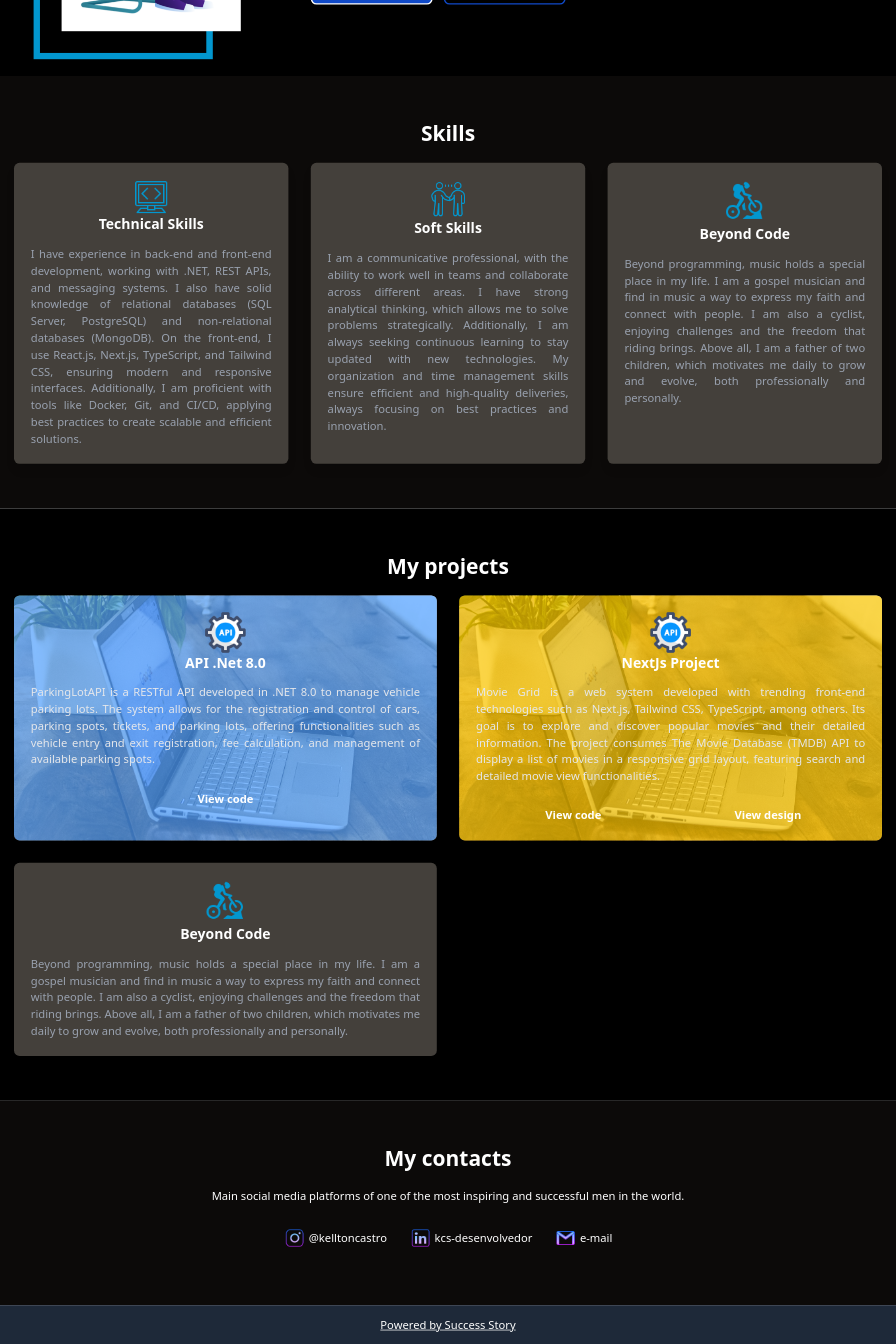
Repository: kcsdesenvolvedor/portfolio
Page: src/index.html
These files come from the project's save history. The page is drawn as it stood at one moment and after the next save; the edit follows.
The browser window is 1280 px wide. The pictures show the part of the page from y = 862 to 2782 px (the page is 2782 px tall), at 70% of full size.

Above is the page before, as saved 2025-03-08 18:29:04.
Console error: TypeError: Cannot read properties of null (reading 'textContent')

After the next save:
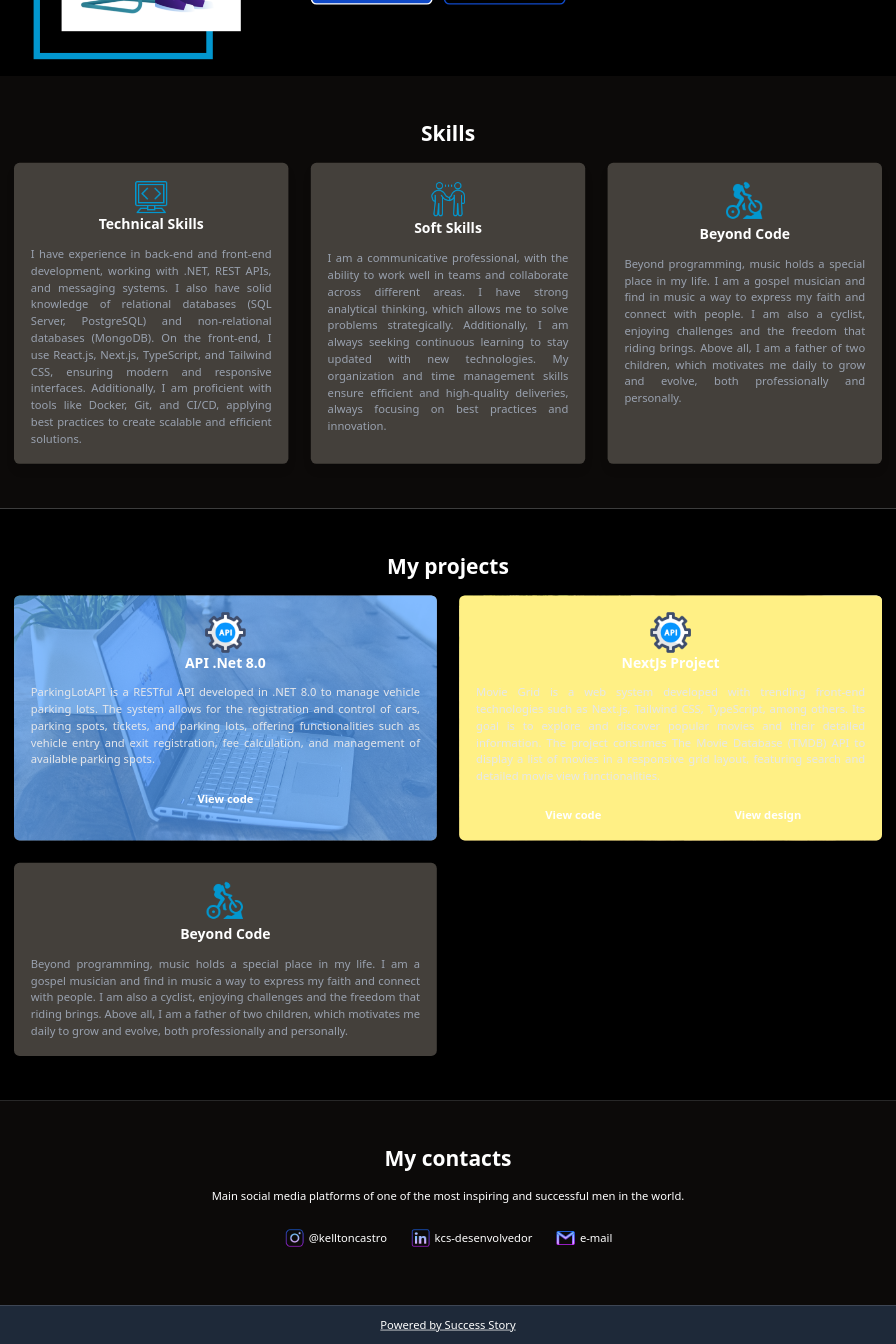
Saved 27 s later.
--- a/src/index.html
+++ b/src/index.html
@@ -218,7 +218,7 @@
                 </div>
                 <div class="relative bg-stone-700 p-6 rounded-lg shadow-lg
                 bg-[url('./img/homeoffice.jpg')] bg-cover bg-center bg-opacity-20">
-                    <div class="absolute inset-0 bg-yellow-400/70 rounded-lg"></div>
+                    <div class="absolute inset-0 bg-yellow-200 rounded-lg"></div>
                     <div class="relative z-10 flex flex-col items-center">
                         <img src="./img/api.png" alt="image api">
                         <h4 class="text-xl text-white font-bold mb-4">NextJs Project</h4>

After the save that followed:
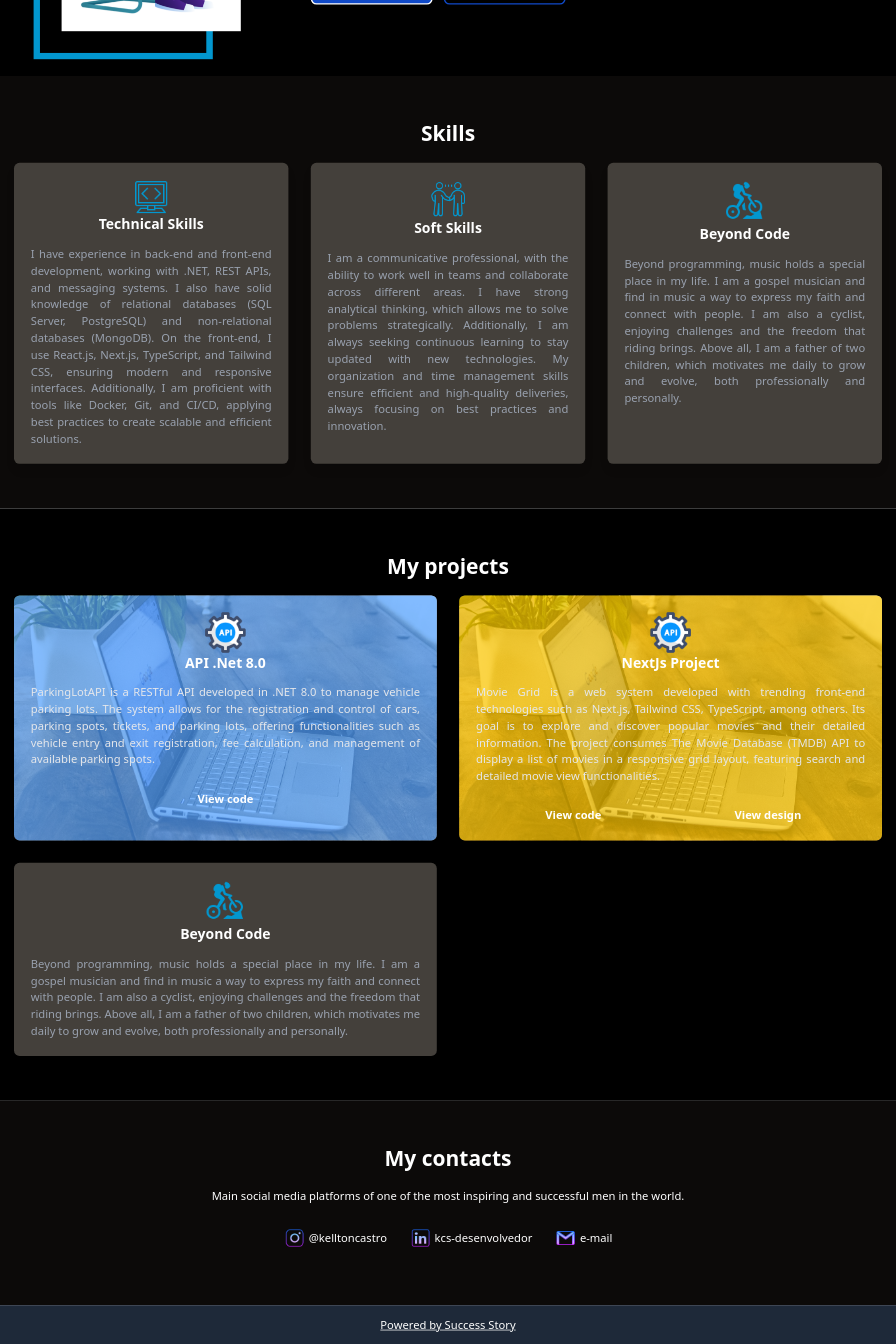
Saved 26 s later.
--- a/src/index.html
+++ b/src/index.html
@@ -218,7 +218,7 @@
                 </div>
                 <div class="relative bg-stone-700 p-6 rounded-lg shadow-lg
                 bg-[url('./img/homeoffice.jpg')] bg-cover bg-center bg-opacity-20">
-                    <div class="absolute inset-0 bg-yellow-200 rounded-lg"></div>
+                    <div class="absolute inset-0 bg-yellow-400/70 rounded-lg"></div>
                     <div class="relative z-10 flex flex-col items-center">
                         <img src="./img/api.png" alt="image api">
                         <h4 class="text-xl text-white font-bold mb-4">NextJs Project</h4>
